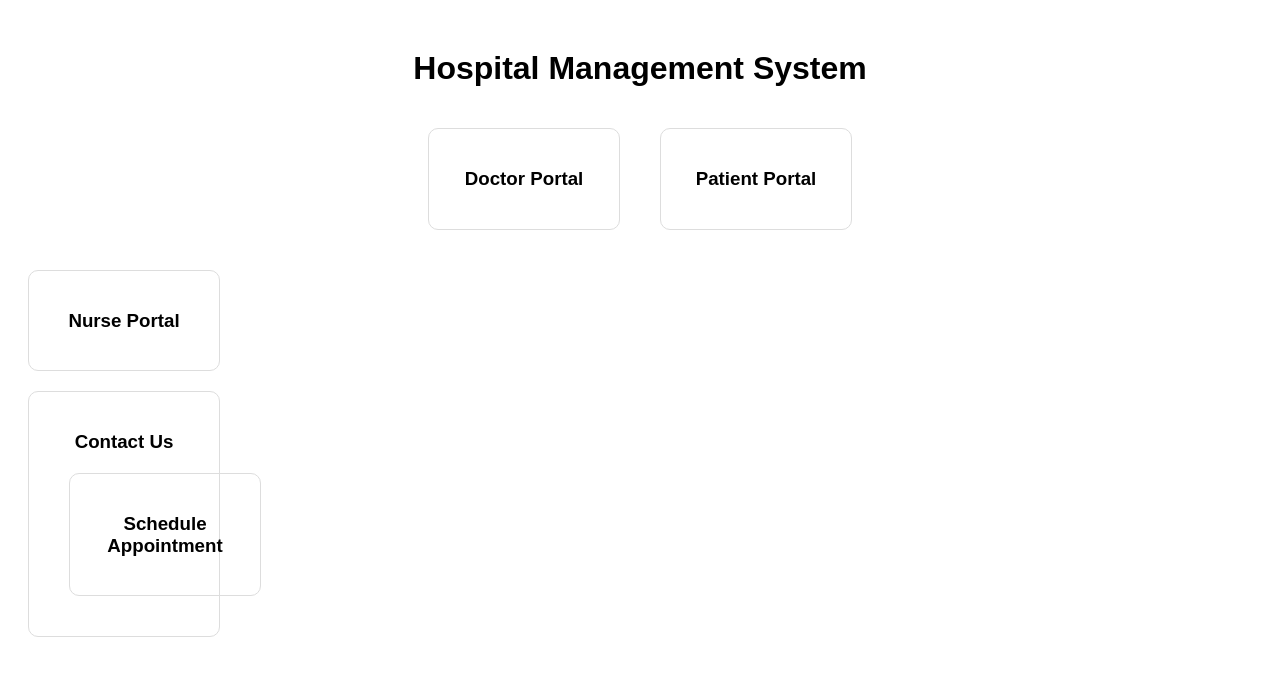
Repository: jaytriggz/Hospital-Management-System
Page: index.html
An editor plug-in stored every save of this project. The page is shown before and after the next save, followed by the edit.
The browser window is 1280 px wide. The pictures show the whole page.

Above is the page before, as saved 2024-07-04 15:41:03.

### index.html
<!DOCTYPE html>
<html lang="en">
<head>
    <meta charset="UTF-8">
    <title>Hospital Management System</title>
    <style>
        body {
            font-family: Arial, sans-serif;
        }
        .container {
            text-align: center;
            margin-top: 50px;
        }
        .icon-container {
            display: flex;
            justify-content: center;
            flex-wrap: wrap;
        }
        .icon {
            margin: 20px;
            padding: 20px;
            border: 1px solid #ddd;
            border-radius: 10px;
            width: 150px;
            text-align: center;
            cursor: pointer;
        }
        .icon:hover {
            background-color: #f0f0f0;
        }
    </style>
</head>
<body>
    <div class="container">
        <h1>Hospital Management System</h1>
        <div class="icon-container">
            <div class="icon" onclick="location.href='doctor_portal.html'">
                <h3>Doctor Portal</h3>
            </div>
            <div class="icon" onclick="location.href='patient_portal.html'">
                <h3>Patient Portal</h3>
            </div>
        </div>
        <div class="icon" onclick="location.href='nurse_portal.html'">
            <h3>Nurse Portal</h3>
        </div>
            <div class="icon" onclick="location.href='contact_us.html'">
                <h3>Contact Us</h3>

            <div class="icon" onclick="location.href='schedule_appointment.html'">
                <h3>Schedule Appointment</h3>

            </div>
        </div>
    </div>
</body>
</html>

After the next save:
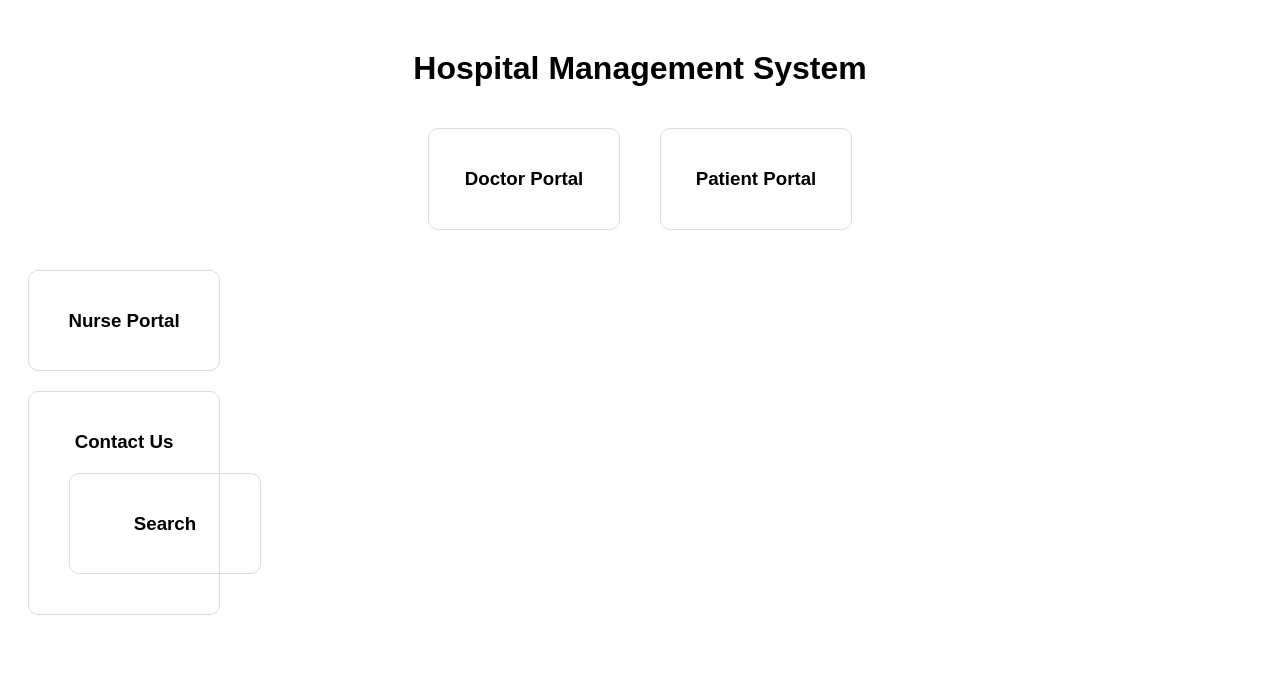
Saved 9 s later.
--- a/index.html
+++ b/index.html
@@ -48,7 +48,7 @@
                 <h3>Contact Us</h3>
 
             <div class="icon" onclick="location.href='schedule_appointment.html'">
-                <h3>Schedule Appointment</h3>
+                <h3>Search</h3>
 
             </div>
         </div>
